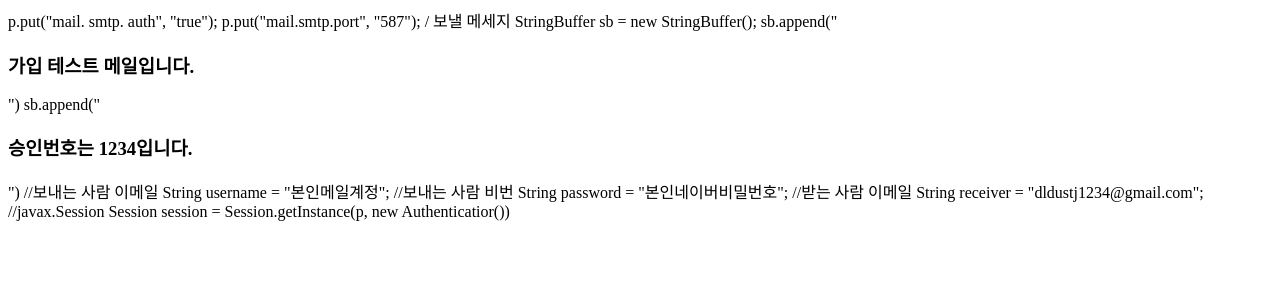
Repository: YSL0711/webEx
Page: http://localhost/web/mail/sendEmail.jsp
The author's editor kept a copy of each file at every save. The page is drawn from the files as they stood at one save, then again after the next save.
The browser window is 1280 px wide. The pictures show the whole page.
The page is served by Tomcat 10. Other server files are loaded and not shown.

Above is the page before, as saved 2024-05-20 00:35:10.

### web/src/main/webapp/mail/sendEmail.jsp
<%@ page language="java" contentType="text/html; charset=UTF-8"
    pageEncoding="UTF-8"%>
<!DOCTYPE html>
<html>
<head>
<meta charset="UTF-8">
<title>Insert title here</title>
</head>
<body>
p.put("mail. smtp. auth", "true");
p.put("mail.smtp.port", "587");

/ 보낼 메세지
StringBuffer sb = new StringBuffer();
sb.append(" <h3> 가입 테스트 메일입니다. </h3> ")
sb.append(" <h3> 승인번호는 1234입니다. </h3> ")

//보내는 사람 이메일
 String username = "본인메일계정";

//보내는 사람 비번
String password = "본인네이버비밀번호";

//받는 사람 이메일
String receiver = "dldustj1234@gmail.com";

//javax.Session
Session session = Session.getInstance(p, new Authenticatior())
</body>
</html>

After the next save:
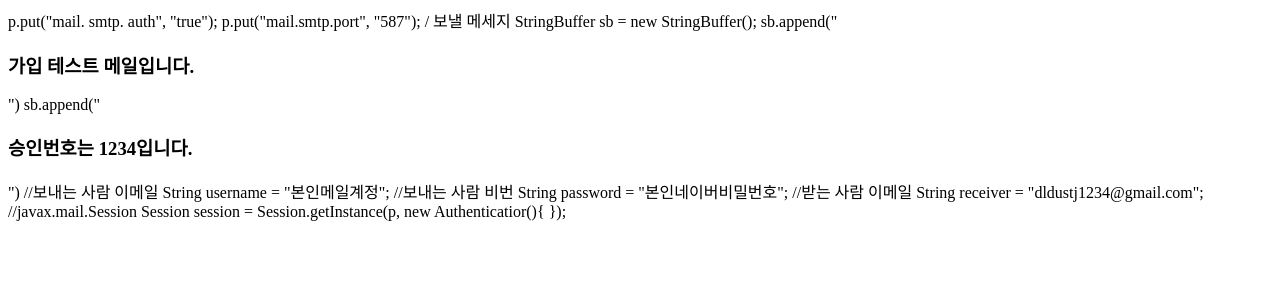
Saved 89 s later.
--- a/web/src/main/webapp/mail/sendEmail.jsp
+++ b/web/src/main/webapp/mail/sendEmail.jsp
@@ -24,7 +24,8 @@ String password = "본인네이버비밀번호";
 //받는 사람 이메일
 String receiver = "dldustj1234@gmail.com";
 
-//javax.Session
-Session session = Session.getInstance(p, new Authenticatior())
+//javax.mail.Session
+Session session = Session.getInstance(p, new Authenticatior(){
+});
 </body>
 </html>
